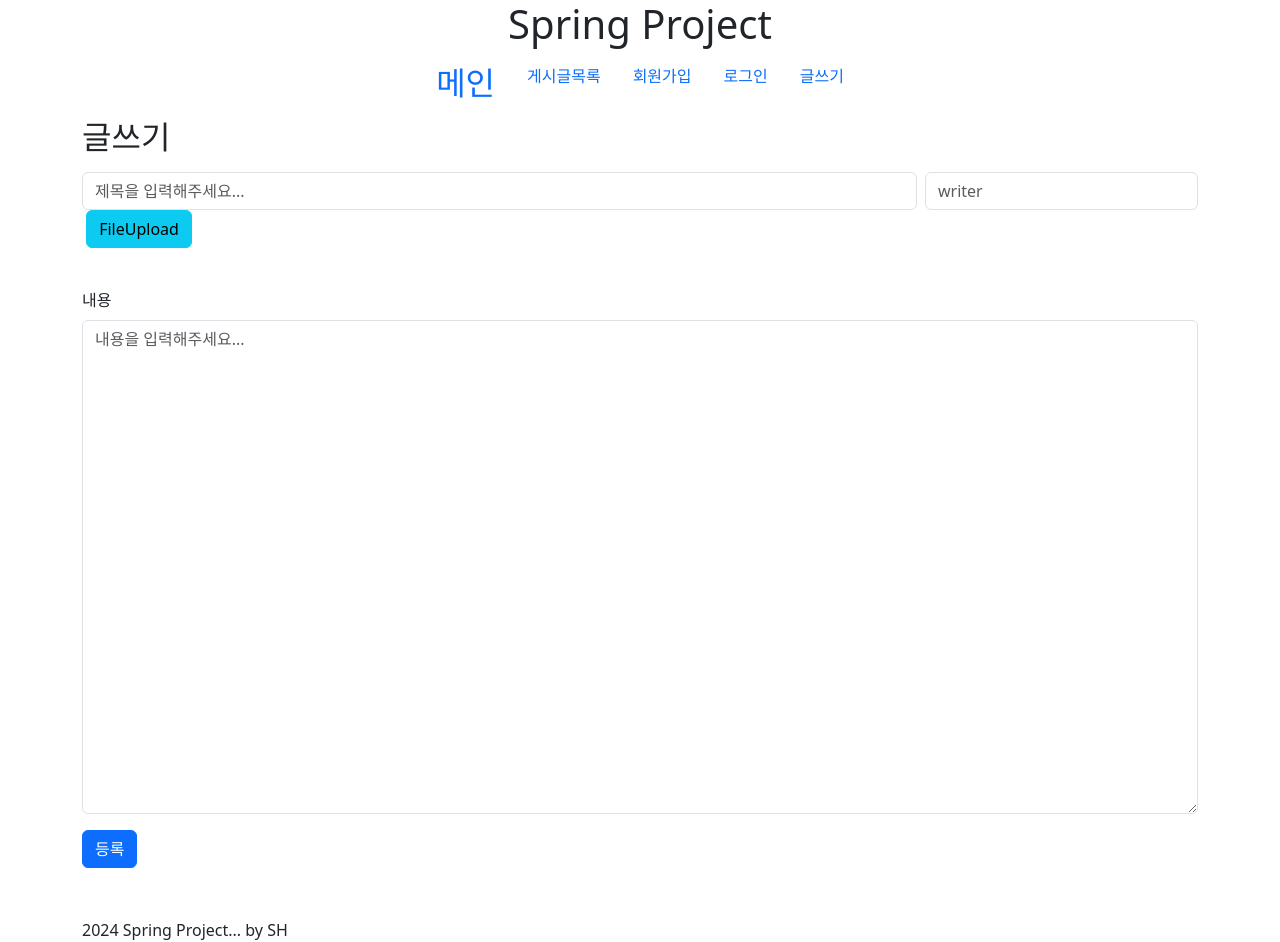
Repository: dtkd19/spring_personal_project
Page: http://localhost/myproject/WEB-INF/views/board/register.jsp
These files come from the project's save history. The page is drawn as it stood at one moment and after the next save; the edit follows.
The browser window is 1280 px wide. The pictures show the whole page.
The page is served by Tomcat 9. Nobody is signed in. Other server files are loaded and not shown. The template is opened directly, without the code that normally fills it, so the values that code supplies are empty.

Above is the page before, as saved 2024-11-07 06:49:38.

### myproject/src/main/webapp/WEB-INF/views/board/register.jsp
<%@ page language="java" contentType="text/html; charset=UTF-8"
	pageEncoding="UTF-8"%>
<%@ taglib uri="http://java.sun.com/jsp/jstl/core" prefix="c"%>

<jsp:include page="../layout/header.jsp" />

<div class="container-md">
	<h2 style="margin-bottom: 15px">글쓰기</h2>
	<form action="/board/register" method="post">
		<div class="row g-2">
		  <div class="col-sm-9">
		   <input type="text"class="form-control" id="t" name="title" placeholder="제목을 입력해주세요...">
		  </div>
		  <div class="col-sm">
		    <input type="text" class="form-control" id="w" name="writer" placeholder="writer">
		  </div>
		</div>
		<div class="mb-3">
			<label for="file" class="form-label"></label>
			<input type="file" class="form-control" id="file" name="files" multiple="multiple" style="display:none">
			<button type="button" class="btn btn-info" id="trigger">FileUpload</button>
		</div>
		<div class="mb-3">
		<br>
			<label for="c" class="form-label">내용</label>
			<textarea class="form-control" id="c" rows="20" cols="5" name="content" placeholder="내용을 입력해주세요..."></textarea>
		</div>
		<button type="submit" class="btn btn-primary" id="regBtn">등록</button>
	</form>

</div>

<jsp:include page="../layout/footer.jsp" />

### myproject/src/main/webapp/WEB-INF/views/layout/header.jsp
<%@ page language="java" contentType="text/html; charset=UTF-8"
    pageEncoding="UTF-8"%><%@ taglib uri="http://java.sun.com/jsp/jstl/core" prefix="c"%>
<!DOCTYPE html>
<html>
<head>
<meta charset="UTF-8">
<title>header.jsp</title>
<link href="https://cdn.jsdelivr.net/npm/bootstrap@5.3.3/dist/css/bootstrap.min.css" rel="stylesheet" integrity="sha384-QWTKZyjpPEjISv5WaRU9OFeRpok6YctnYmDr5pNlyT2bRjXh0JMhjY6hW+ALEwIH" crossorigin="anonymous">
<script src="https://cdn.jsdelivr.net/npm/bootstrap@5.3.3/dist/js/bootstrap.bundle.min.js" integrity="sha384-YvpcrYf0tY3lHB60NNkmXc5s9fDVZLESaAA55NDzOxhy9GkcIdslK1eN7N6jIeHz" crossorigin="anonymous"></script>
</head>
<body>
<div class="container-md">
<h1 style="text-align: center;">
	Spring Project
</h1>
<ul class="nav justify-content-center">
  <li class="nav-item">
    <h2><a class="nav-link active" aria-current="page" href="/">메인</a></h2>
  </li>
  <li class="nav-item">
    <a class="nav-link" href="/board/list">게시글목록</a>
  </li>
  <li class="nav-item">
    <a class="nav-link" href="#">회원가입</a>
  </li>
  <li class="nav-item">
    <a class="nav-link" href="#">로그인</a>
  </li>
  <li class="nav-item">
    <a class="nav-link" href="/board/register">글쓰기</a>
  </li>
</ul>




</div>
</body>
</html>

### myproject/src/main/webapp/WEB-INF/views/layout/footer.jsp
<%@ page language="java" contentType="text/html; charset=UTF-8"
    pageEncoding="UTF-8"%>
<%@ taglib uri="http://java.sun.com/jsp/jstl/core" prefix="c"%>

	<div class="container-md">
		<div style= "vertical-align: middle; margin-top: 50px" >
		2024 Spring Project... by SH
		</div>
	</div>
</body>
</html>

After the next save:
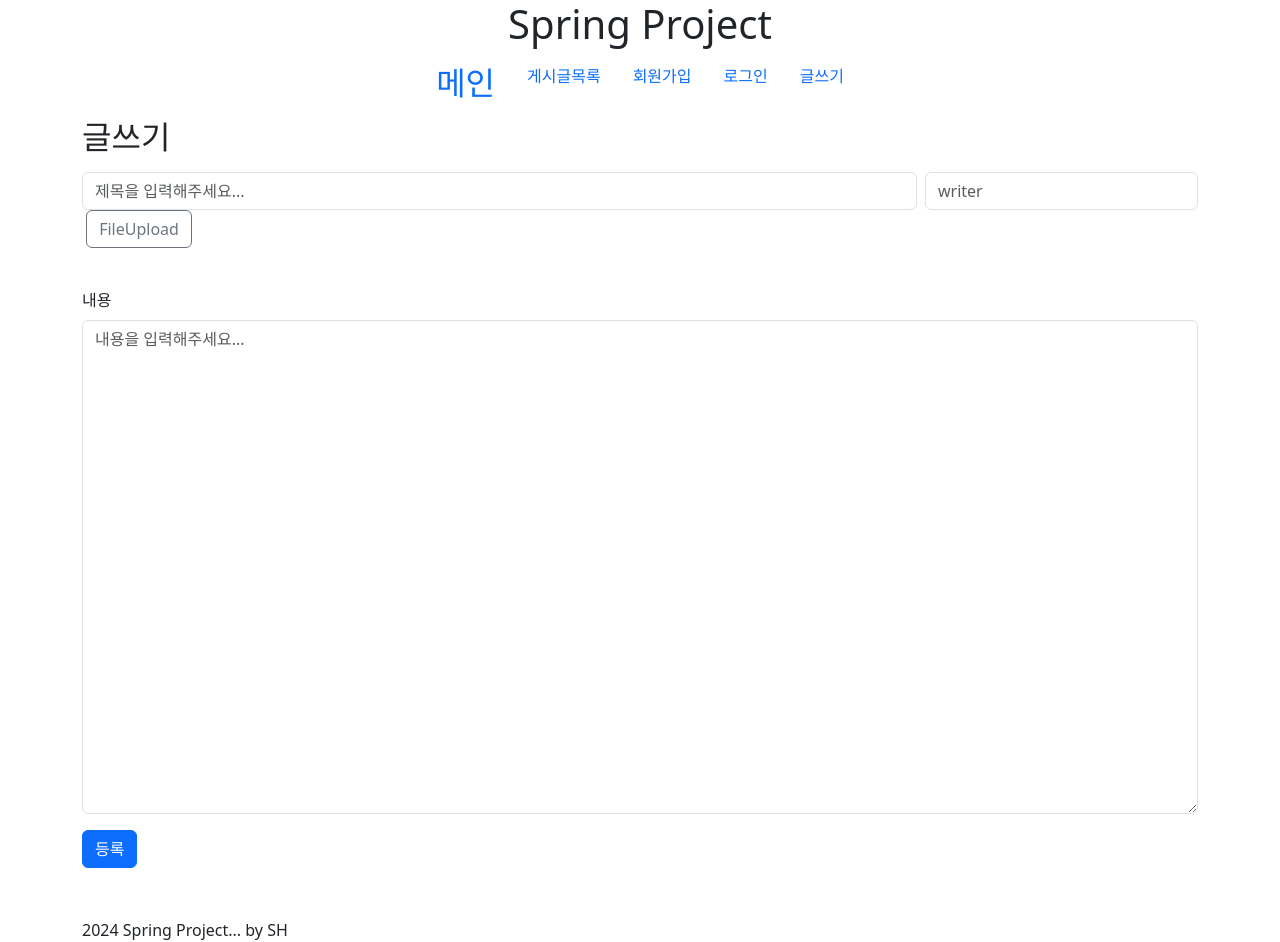
Saved 58 s later.
--- a/myproject/src/main/webapp/WEB-INF/views/board/register.jsp
+++ b/myproject/src/main/webapp/WEB-INF/views/board/register.jsp
@@ -18,7 +18,7 @@
 		<div class="mb-3">
 			<label for="file" class="form-label"></label>
 			<input type="file" class="form-control" id="file" name="files" multiple="multiple" style="display:none">
-			<button type="button" class="btn btn-info" id="trigger">FileUpload</button>
+			<button type="button" class="btn btn-outline-secondary" id="trigger">FileUpload</button>
 		</div>
 		<div class="mb-3">
 		<br>
